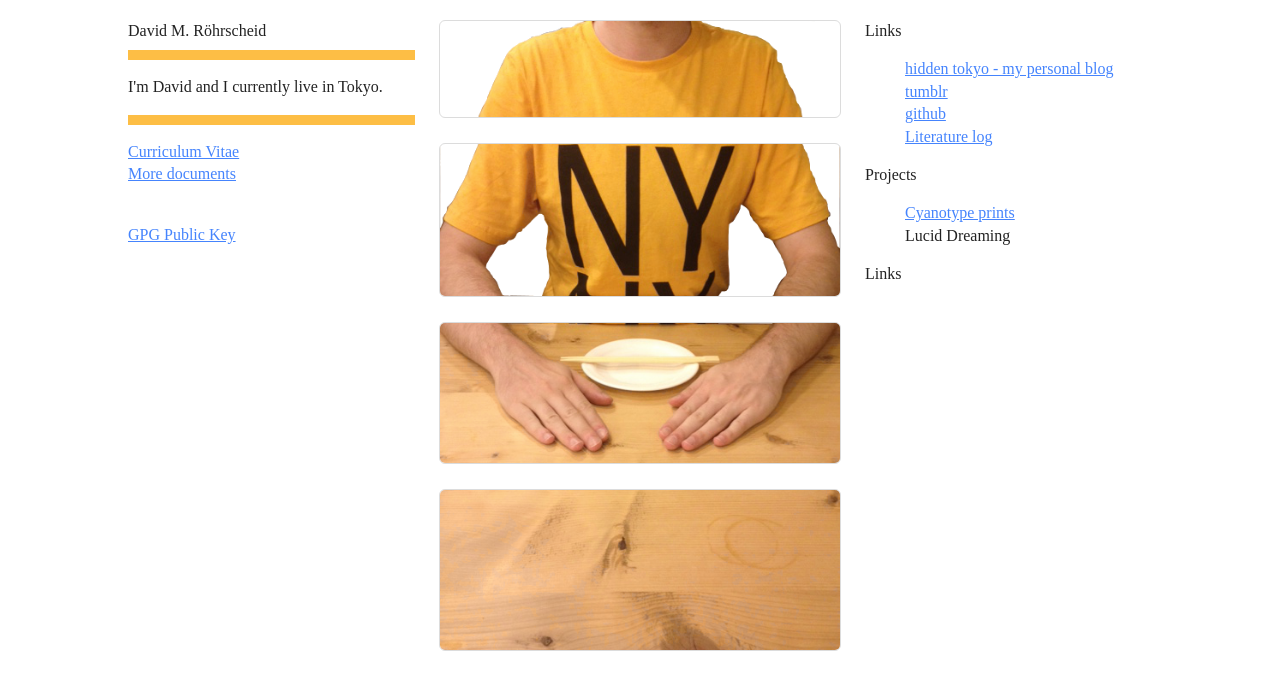
Repository: mrdavid/mrdavid.github.io
Page: index.html
The author's editor kept a record of every edit. The page is drawn from the files as they stood at one moment, then again after the next edit.
The browser window is 1280 px wide. The pictures show the whole page.
Some web fonts or font styles are not loaded; a fallback is used. Some web libraries are served in a nearby version.

Above is the page before.

After the next edit:
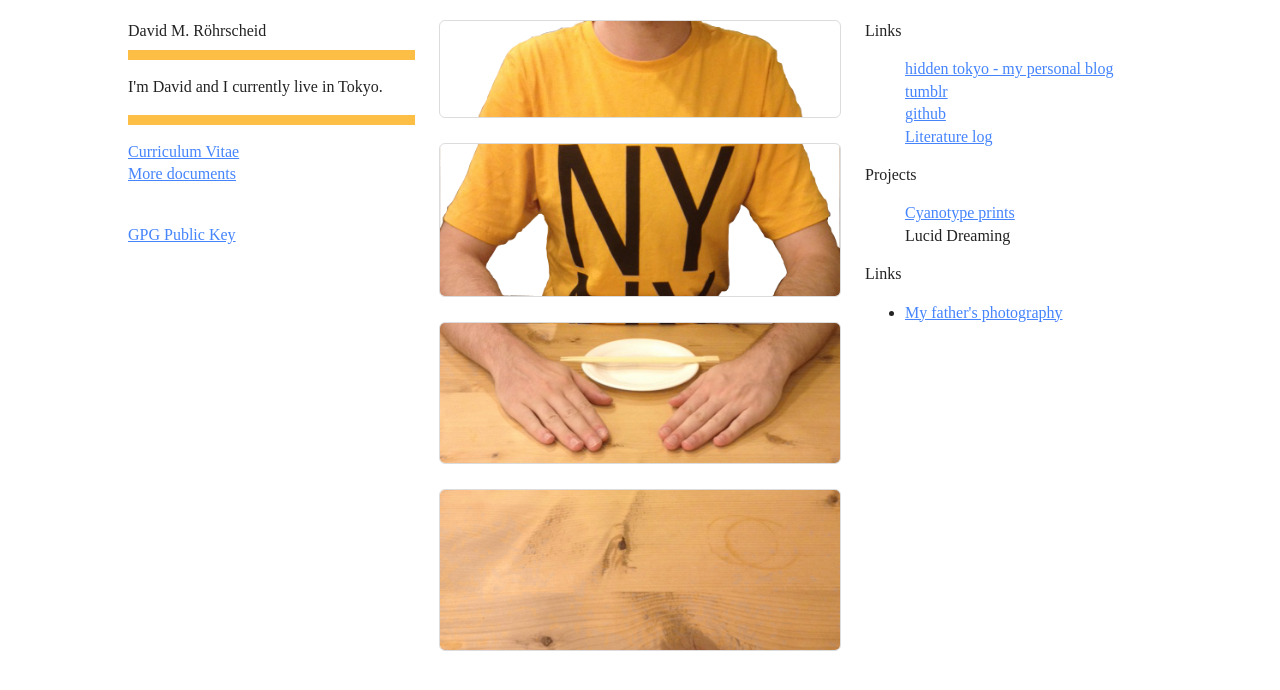
The edit:
--- a/index.html
+++ b/index.html
@@ -65,7 +65,7 @@
                 </ul>
                 Links
                 <ul>
-
+                     <li><a href="http://www.roehrscheid-fotografie.de/">My father's photography</a></li>
                 </ul>
             </div>
         </div>
